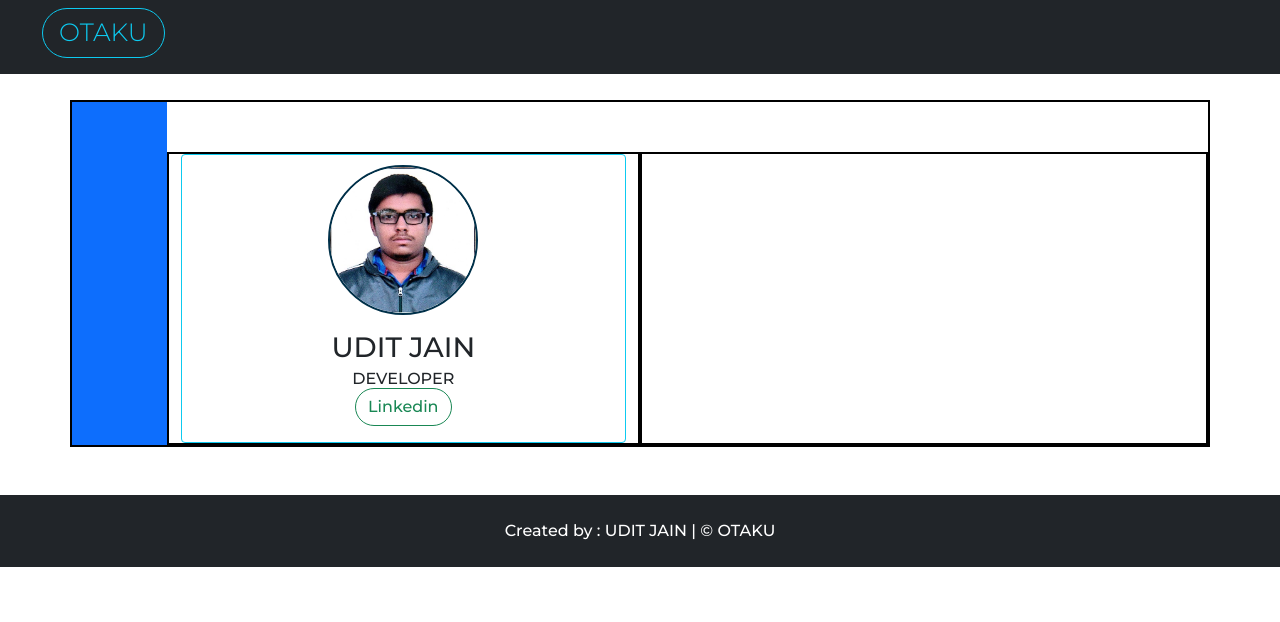
Repository: uditjain100/Responsive-Resume
Page: layouts/index.html
An editor plug-in stored every save of this project. The page is shown before and after the next save, followed by the edit.
The browser window is 1280 px wide. The pictures show the whole page.
Some web libraries are served in a nearby version.

Above is the page before, as saved 2021-03-01 14:00:38.

### layouts/index.html
<!DOCTYPE html>
<html lang="en">
  <head>
    <meta charset="UTF-8" />
    <meta http-equiv="X-UA-Compatible" content="IE=edge" />
    <meta name="viewport" content="width=device-width, initial-scale=1.0" />
    <title>Udit Jain</title>
    <link rel="stylesheet" href="app.css" />
    <link
      href="https://cdn.jsdelivr.net/npm/bootstrap@5.0.0-beta1/dist/css/bootstrap.min.css"
      rel="stylesheet"
      integrity="sha384-giJF6kkoqNQ00vy+HMDP7azOuL0xtbfIcaT9wjKHr8RbDVddVHyTfAAsrekwKmP1"
      crossorigin="anonymous"
    />

    <link rel="preconnect" href="https://fonts.gstatic.com" />
    <link
      href="https://fonts.googleapis.com/css2?family=Montserrat:wght@300;500&display=swap"
      rel="stylesheet"
    />
    <link
      href="https://fonts.googleapis.com/css2?family=Roboto+Slab:wght@300&display=swap"
      rel="stylesheet"
    />
    <link
      href="https://fonts.googleapis.com/css2?family=Spartan:wght@500&display=swap"
      rel="stylesheet"
    />
    <link
      href="https://fonts.googleapis.com/css2?family=Red+Hat+Display&display=swap"
      rel="stylesheet"
    />
    <link
      href="https://fonts.googleapis.com/css2?family=Ubuntu:wght@300&display=swap"
      rel="stylesheet"
    />
    <link
      href="https://fonts.googleapis.com/css2?family=Quicksand:wght@700&display=swap"
      rel="stylesheet"
    />
    <link
      href="https://fonts.googleapis.com/css2?family=Nunito&display=swap"
      rel="stylesheet"
    />
  </head>
  <body>
    <header class="header">
      <nav class="navbar navbar-expand-lg navbar-light bg-dark pb-3 fixed-top">
        <div class="container-fluid">
          <a
            id="navtitle"
            class="navbar-brand text-info px-3 rounded-pill border border-info"
            href="#"
            >OTAKU</a
          >
        </div>
      </nav>
    </header>

    <div class="container">
      <div id="wholewindow" class="row">
        <div class="col-1 bg-primary"></div>
        <div id="leftwindow" class="col-5">
          <div id="namebox" class="card border border-info">
            <img
              id="profileimg"
              src="profile.jpg"
              class="card-img-top"
              alt="..."
            />
            <div class="card-body">
              <h3 class="card-title">UDIT JAIN</h3>
              <h6 class="card-subtitle">DEVELOPER</h6>
              <a href="#" class="btn btn-outline-success rounded-pill"
                >Linkedin</a
              >
            </div>
          </div>
        </div>
        <div id="rightwindow" class="col-6"></div>
      </div>
    </div>

    <footer class="footer bg-dark mt-5 py-4">
      <div class="container">
        <span class="" style="text-align: center"
          >Created by : UDIT JAIN | &copy; OTAKU</span
        >
      </div>
    </footer>

    <script
      src="https://cdn.jsdelivr.net/npm/@popperjs/core@2.6.0/dist/umd/popper.min.js"
      integrity="sha384-KsvD1yqQ1/1+IA7gi3P0tyJcT3vR+NdBTt13hSJ2lnve8agRGXTTyNaBYmCR/Nwi"
      crossorigin="anonymous"
    ></script>
    <script
      src="https://cdn.jsdelivr.net/npm/bootstrap@5.0.0-beta2/dist/js/bootstrap.min.js"
      integrity="sha384-nsg8ua9HAw1y0W1btsyWgBklPnCUAFLuTMS2G72MMONqmOymq585AcH49TLBQObG"
      crossorigin="anonymous"
    ></script>

    <script src="https://cdnjs.cloudflare.com/ajax/libs/typed.js/2.0.11/typed.min.js"></script>

    <script src="app.js"></script>
  </body>
</html>

### layouts/app.css
/* * Common Section */

@keyframes transitionIn {
  from {
    opacity: 0;
    transform: rotateY(-10deg);
  }
  to {
    opacity: 1;
    transform: rotateY(0);
  }
}

html {
  animation: transitionIn 1s;
}

/* * Navbar Section */

#navtitle {
  font-family: "Montserrat";
  font-size: 25px;
  font-weight: 300;
  margin-left: 30px;
}

#navlist li {
  font-family: "Montserrat";
  font-weight: 200;
  margin: 10px;
  padding: 10px;
  font-size: 20px;
  transition: 0.1s;
  display: flex;
  flex-direction: column-reverse;
  align-items: center;
}

#navlist li img {
  width: 30px;
  display: none;
  height: 30px;
  margin: 5px;
  border-radius: 50%;
}

#navlist li:hover {
  font-weight: 500;
  border-bottom-left-radius: 10%;
  border-bottom-right-radius: 10%;
  border-bottom: 2px white solid;
}

@media (max-width: 993px) {
  #navlist li img {
    display: flex;
    background-color: grey;
  }
}

/*  ********************* resume work */

#wholewindow {
  margin-top: 100px;
  border: 2px black solid;
}

#leftwindow,
#rightwindow {
  margin-top: 50px;
  border: 2px black solid;
}

#namebox {
  display: flex;
  flex-direction: column;
  flex-wrap: wrap;
  justify-content: space-evenly;
  align-items: center;
  text-align: center;
  font-family: "Montserrat";
}

#profileimg {
  width: 150px;
  height: 150px;
  border-radius: 50%;
  border: 2px #003049 solid;
  margin-top: 10px;
}

/* * Common Section */

.footer {
  position: -webkit-sticky;
  left: 0;
  bottom: 0;
  width: 100%;
  color: white;
  text-align: center;
  font-family: "Montserrat";
}

Loaded but not shown: layouts/app.js (no copy from this time; the picture is the same without it)

After the next save:
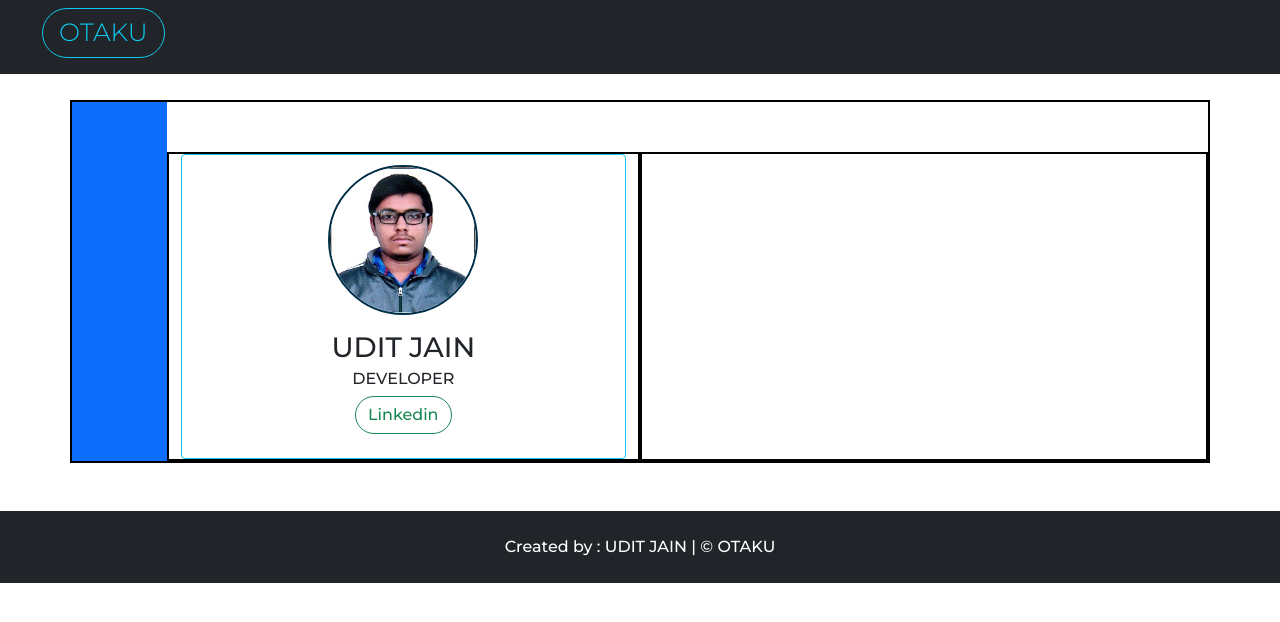
Saved 15 s later.
--- a/layouts/index.html
+++ b/layouts/index.html
@@ -71,7 +71,7 @@
             <div class="card-body">
               <h3 class="card-title">UDIT JAIN</h3>
               <h6 class="card-subtitle">DEVELOPER</h6>
-              <a href="#" class="btn btn-outline-success rounded-pill"
+              <a href="#" class="btn btn-outline-success rounded-pill m-2"
                 >Linkedin</a
               >
             </div>
